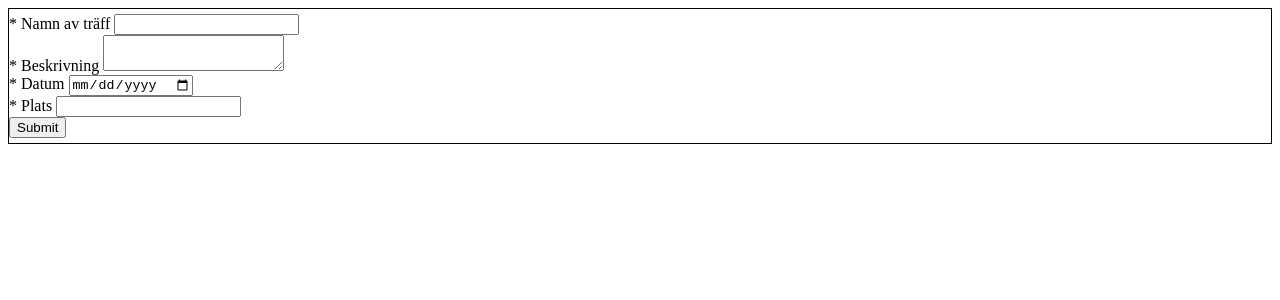
Repository: la222tc/1DV404_HT14_D_4_la222tc
Page: Iteration 2/index.html
The author's editor kept a record of every edit. The page is drawn from the files as they stood at one moment, then again after the next edit.
The browser window is 1280 px wide. The pictures show the whole page.

Above is the page before.
Console error: ReferenceError: Test is not defined

### Iteration 2/index.html
<!DOCTYPE html>
<html lang="sv">
    <head>
        <meta charset="UTF-8">
        <title></title>
       <link rel="stylesheet" href="style.css" type="text/css" />
    </head>
        <body>
            <div id="content">
                <form id="regForm">

                    <label id="labelName">* Namn av träff </label><input type="text" name="Name" id="Name" />
                    <br>
                    <label id="labelDescription">* Beskrivning </label><textarea id="Description"></textarea>
                    <br>
                    <label id="labelDate">* Datum </label><input type="date" name="date" id="Date" />
                    <br>
                    <label id="labelPlace">* Plats </label><input type="text" name="Place" id="Place" />
                    <br>
                    <input type="submit" value="Submit" id="Submit" />
                </form>

            </div>

            <script type="text/javascript" src="js/Main.js"></script>
            <script type="text/javascript" src="js/Validator.js"></script>
            <script type="text/javascript" src="js/Create.js"></script>
        </body>
</html>

### Iteration 1/style.css
#regForm {
    border:1px solid black;
    padding-top:5px;
    padding-bottom:5px;
}

### Iteration 2/js/Main.js
"use strict";


var Main = {

    init:function () {
        Test.testingValidator();
    }
};

window.onload = Main.init;

### Iteration 2/js/Validator.js
"use strict";

var Validator = {


    validateName: function (Name) {
        var labelName = document.getElementById("labelName");

        var regex = /^[a-zA-Z0-9 ]{2,30}$/;

        if (regex.test(Name)) {
            labelName.style.color = "green";
            labelName.innerHTML = "* Namn av träff ";
            console.log("* Namn av träff Rätt");
        }

        else {
             labelName.style.color = "red";
             labelName.innerHTML = "* Namn av träff (Måste innehålla 2-30 bokstäver!)";
            console.log("* Namn av träff Fel!");
        }
    },

    validateDescription: function (Name) {
        var labelDescription = document.getElementById("labelDescription");

        var regex = /^[a-zA-Z0-9 ]{10,500}$/;

        if (regex.test(Name)) {
            labelDescription.style.color = "green";
            labelDescription.innerHTML = "* Beskrivning ";
            console.log("* Beskrivning  Rätt");
            Create.countToValid += 1;
        }

        else {
             labelDescription.style.color = "red";
             labelDescription.innerHTML = "* Beskrivning (Måste innehålla minst 10 bokstäver eller siffror!)";
            console.log("* Beskrivning  Fel!");

            Create.countToValid -= 1;
        }
    },
    validatePlace: function (Name) {
        var labelPlace = document.getElementById("labelPlace");

        var regex = /^[a-zA-Z ]{2,50}$/;

        if (regex.test(Name)) {
            labelPlace.style.color = "green";
            labelPlace.innerHTML = "* Plats ";
            console.log("* Plats  Rätt");
        }

        else {
             labelPlace.style.color = "red";
             labelPlace.innerHTML = "* Plats (Måste innehålla 2-50 bokstäver!)";
            console.log("* Plats  Fel!");
        }
    },
};

### Iteration 2/js/Create.js
"use strict";


var Create = {

    submit: document.getElementById("Submit"),
    countToValid: 0,
    Name: document.getElementById("Name"),
    Description: document.getElementById("Description"),
    date: document.getElementById("date"),
    Place: document.getElementById("Place"),

    init:function () {

        Create.submit.addEventListener("click", function (e) {
            e.preventDefault();
            Create.validateInput();

            if (Create.countToValid >= 4) {
                Create.sendMailToAthletes();
            }

            console.log(Create.countToValid);
        });
    },

    validateInput:function () {

        Validator.validateName(Create.Name.value);

        Validator.validateDescription(Create.Description.value);

        Validator.validateDate(Create.date.value);

        Validator.validatePlace(Create.Place.value);

    },

    sendMailToAthletes:function () {
        console.log("Mail skickade");
        window.location.href = "https://1dv404-ht14-d-4-la222tc-la222tc.c9.io/Iteration 2/index2.html";


    }
};

After the next edit:
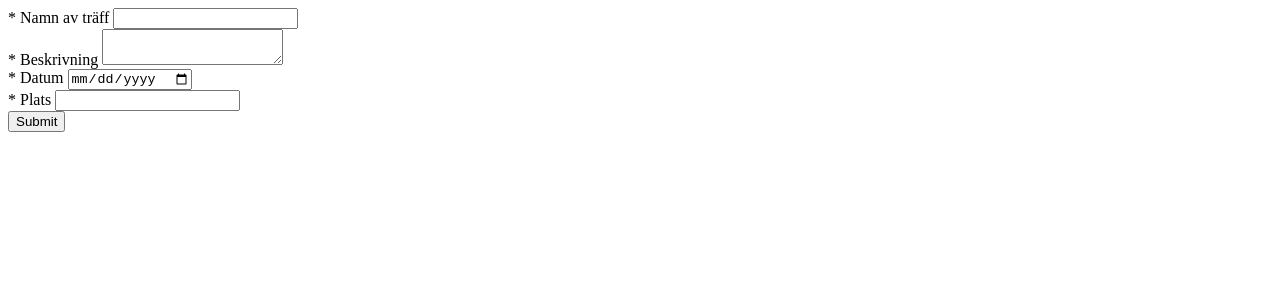
The edit:
--- a/Iteration 2/index.html
+++ b/Iteration 2/index.html
@@ -3,7 +3,6 @@
     <head>
         <meta charset="UTF-8">
         <title></title>
-       <link rel="stylesheet" href="style.css" type="text/css" />
     </head>
         <body>
             <div id="content">
